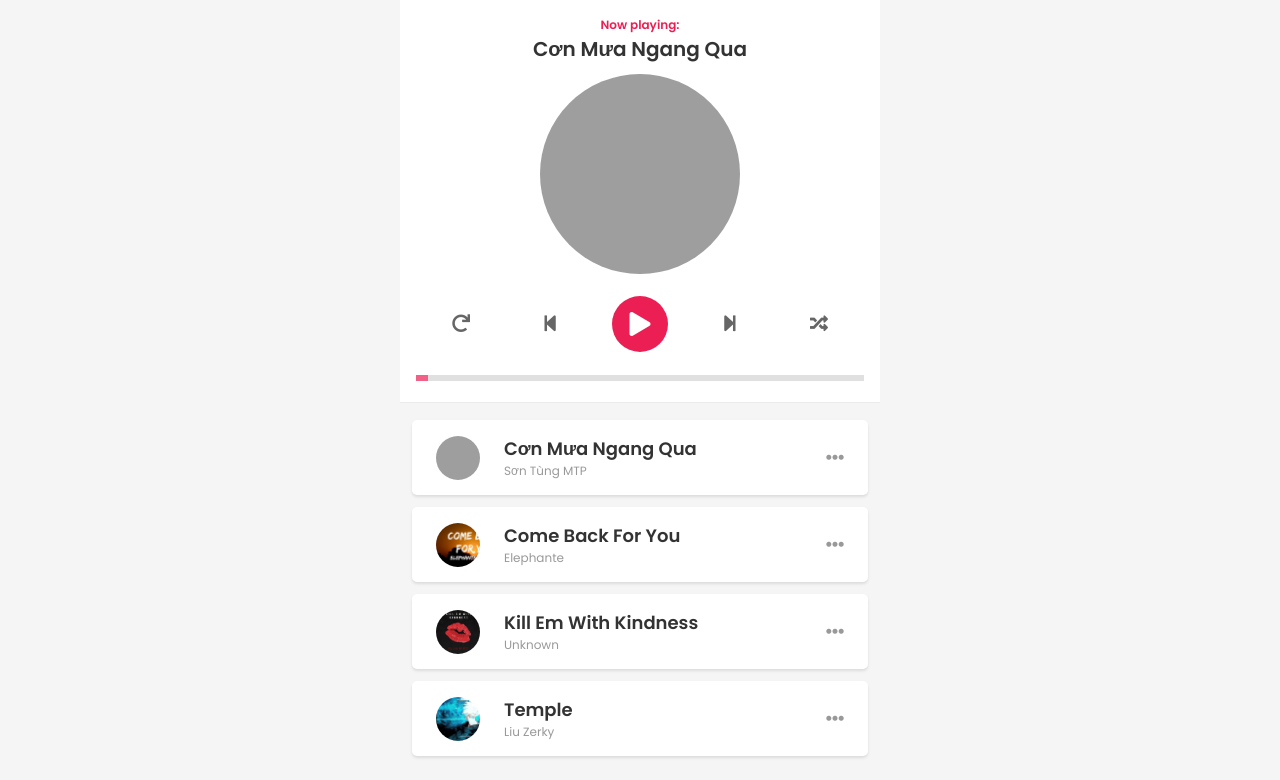
Repository: vandat598/musicPlayer
Page: index.html
The author's editor kept a copy of each file at every save. The page is drawn from the files as they stood at one save, then again after the next save.
The browser window is 1280 px wide. The pictures show the whole page.
Pictures or frames that could not be fetched are drawn as grey boxes.

Above is the page before, as saved 2022-04-25 19:43:34.

After the next save:
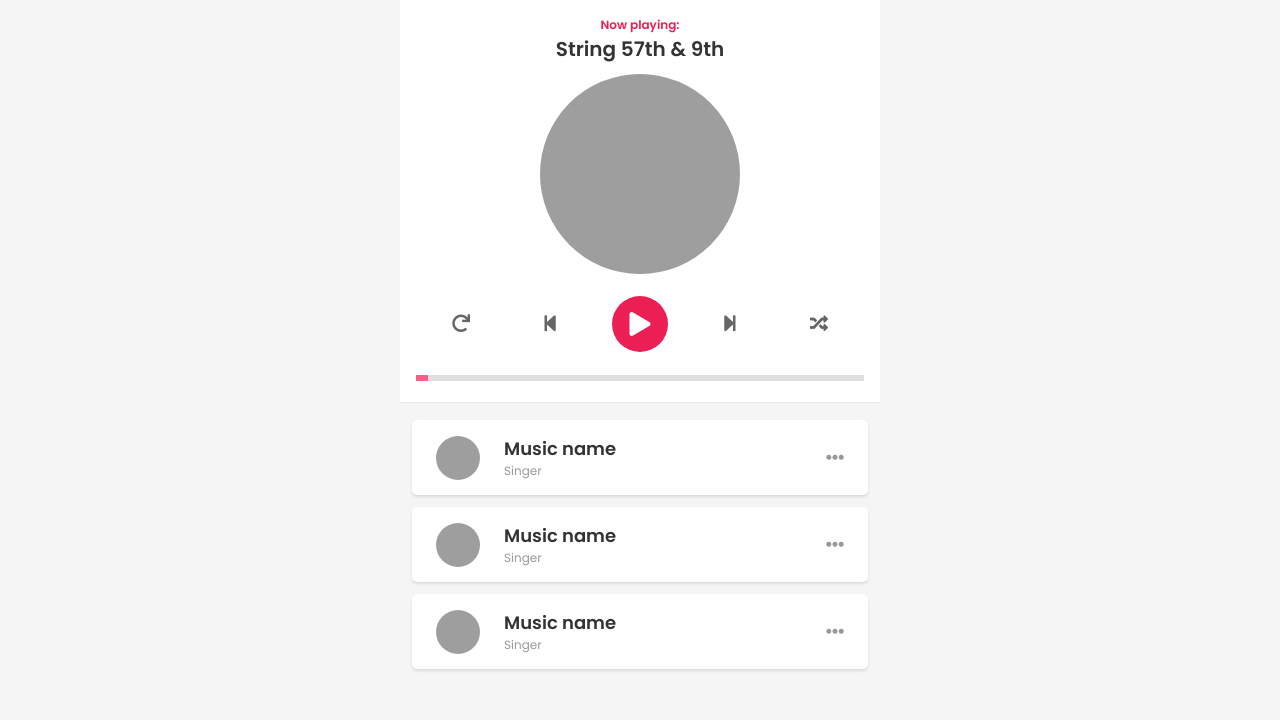
Console error: ReferenceError: infinite is not defined
Saved 8 min 32 s later.
--- a/index.html
+++ b/index.html
@@ -204,6 +204,12 @@
           const _this = this;
           const cdWidth = cd.offsetWidth;
 
+          // xử lý CD quay / dừng
+          cdThumb.animate([{ transform: 'rotate(360deg)' }], {
+            duration: 10000,
+            iterations: infinite,
+          });
+
           // handle scroll
           document.onscroll = function () {
             const scrollTop =

After the 4 saves that followed:
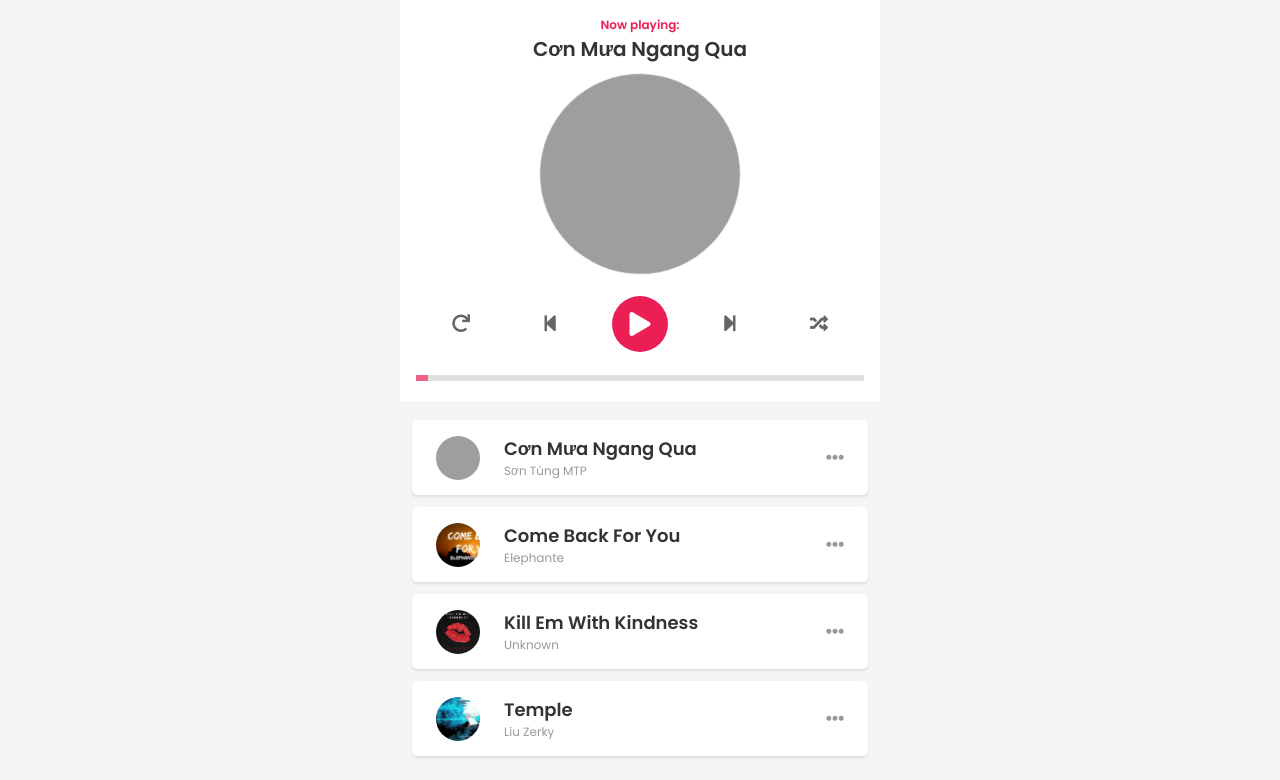
The error is gone.
The 4 saves are shown as one change because 3 left the picture as it was.
The last was saved 108 s later.
--- a/index.html
+++ b/index.html
@@ -205,10 +205,14 @@
           const cdWidth = cd.offsetWidth;
 
           // xử lý CD quay / dừng
-          cdThumb.animate([{ transform: 'rotate(360deg)' }], {
-            duration: 10000,
-            iterations: infinite,
-          });
+          const cdThumbAnimate = cdThumb.animate(
+            [{ transform: 'rotate(360deg)' }],
+            {
+              duration: 10000,
+              iterations: Infinity,
+            }
+          );
+          // cdThumbAnimate.pause();
 
           // handle scroll
           document.onscroll = function () {
